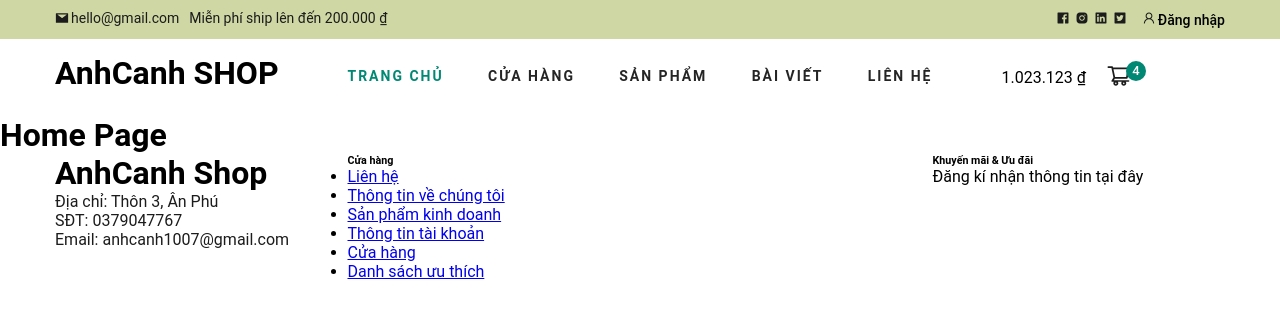
Repository: anhcanh1007/show_product
Page: /
The author's editor kept a copy of each file at every save. The page is drawn from the files as they stood at one save, then again after a run of saves.
The browser window is 1280 px wide. The pictures show the whole page.
The project was rebuilt for these pictures with package versions that can differ from the ones it lists, and the page was loaded fresh each time. Imported but missing from the stored project, and not drawn on this page: src/pages/user/profilePage.

Above is the page before, as saved 2024-01-26 14:54:49.

### src/index.js
import React from "react";
import ReactDOM from "react-dom/client";
import { BrowserRouter } from "react-router-dom";
import RouterCustom from "./router";
import "./style/style.scss";

const root = ReactDOM.createRoot(document.getElementById("root"));
root.render(
  <BrowserRouter>
    <RouterCustom />
  </BrowserRouter>
);

// If you want to start measuring performance in your app, pass a function
// to log results (for example: reportWebVitals(console.log))
// or send to an analytics endpoint. Learn more: https://bit.ly/CRA-vitals

### src/router.js
import { ROUTERS } from "./utils/router";
import HomePage from "./pages/user/homePage";
import ProfilePage from "./pages/user/profilePage";
import { Route, Routes } from "react-router-dom";
import MasterLayout from "./pages/user/theme/masterLayout";

const renderUserRouter = () => {
  const userRouters = [
    {
      path: ROUTERS.USER.HOME,
      component: <HomePage />,
    },
    {
      path: ROUTERS.USER.PROFILE,
      component: <ProfilePage />,
    },
  ];

  return (
    <MasterLayout>
      <Routes>
        {userRouters.map((item, key) => (
          <Route key={key} path={item.path} element={item.component} />
        ))}
      </Routes>
    </MasterLayout>
  );
};

const RouterCustom = () => {
  return renderUserRouter();
};

export default RouterCustom;

### src/style/style.scss
@import './pages/all';
@import './pages/responsive';

### src/utils/router.js
export const ROUTERS = {
  USER: {
    HOME: "",
    PROFILE: "thong-tin-ca-nhan",
  },
};

### src/pages/user/homePage/index.js
import { memo } from "react";

const HomePage = () => {
  return <h1>Home Page</h1>;
};

export default memo(HomePage);

### src/pages/user/theme/masterLayout/index.js
import { memo } from "react";
import Header from "../header";
import Footer from "../footer";

const MasterLayout = ({ children, ...props }) => {
  return (
    <div {...props}>
      <Header />
      {children}
      <Footer />
    </div>
  );
};

export default memo(MasterLayout);

### src/style/pages/_all.scss
@use "sass:map";
@import './theme';
@import './responsive';

html, body {
    margin: 0;
}

* {
    font-family: Roboto;
    padding: 0;
    margin: 0;
}

.container {
    max-width: 1170px;
    width: 100%;
    padding-left: 15px;
    padding-right: 15px;
    // background: map.get($theme-colors, "main");
    margin: auto;
}

.row {
    display: flex;
    flex-wrap: wrap;
}

.col-6 {
    flex: 0 0 50%;
    max-width: 50%;
}

.col-lg-3 {
    flex: 0 0 25%;
    max-width: 25%;
}

.col-lg-6 {
    flex: 0 0 50%;
    max-width: 50%;
}

@include Responsive($DESTOP) {
    .col-xl-3 {
        flex: 0 0 25%;
        max-width: 25%;
    }
    .col-xl-6 {
        flex: 0 0 50%;
        max-width: 50%;
    }
}

@include Responsive($MEDIUM_DEVICE) {
    .col-lg-3 {
        flex: 0 0 25%;
        max-width: 25%;
        background: red;
    }
}

### src/style/pages/_theme.scss
$theme-colors : (
    "main" : #008874,
    "normal_text": #1c1c1c,
    "bold_text": #252525,
)

### src/style/pages/_responsive.scss
$DESTOP: "DESTOP";
$MEDIUM_DEVICE: "MEDIUM_DEVICE";
$TABLE_DEVICE: "TABLE_DEVICE";
$WIDE_MOBILE: "WIDE_MOBILE";
$SMALL_DEVICES: "SMALL_DEVICES";

@mixin Responsive($canvas) {
    @if $canvas == $DESTOP {
        @media only screen and (min-width: 1200px){
            @content;
        }
    } @else if $canvas == $MEDIUM_DEVICE {
        @media only screen and (min-width: 992px) and (max-width: 1199px){
            @content;
        }
    } @else if $canvas == $TABLE_DEVICE {
        @media only screen and (min-width: 768px) and (max-width: 991px){
            @content;
        }
    } @else if $canvas == $WIDE_MOBILE {
        @media only screen and (max-width: 767px){
            @content;
        }
    } @else if $canvas == $MEDIUM_DEVICE {
        @media only screen and (max-width: 575px){
            @content;
        }
    }
}

### src/pages/user/theme/header/index.js
import { memo, useState } from "react";
import {
  AiFillFacebook,
  AiFillInstagram,
  AiFillLinkedin,
  AiFillMail,
  AiFillTwitterSquare,
  AiOutlineShoppingCart,
  AiOutlineUser,
} from "react-icons/ai";
import "./style.scss";
import { Link } from "react-router-dom";
import { formater } from "utils/formater";
import { ROUTERS } from "utils/router";

const Header = () => {
  const [menus, setMenus] = useState([
    {
      name: "Trang chủ",
      path: ROUTERS.USER.HOME,
    },
    {
      name: "Cửa hàng",
      path: ROUTERS.USER.HOME,
    },
    {
      name: "Sản phẩm",
      path: "",
      isShowSubmenu: false,
      child: [
        {
          name: "Thịt",
          path: "",
        },
        {
          name: "Rau củ",
          path: "",
        },
        {
          name: "Thức ăn nhanh",
          path: "",
        },
      ],
    },
    {
      name: "Bài viết",
      path: ROUTERS.USER.HOME,
    },
    {
      name: "Liên hệ",
      path: ROUTERS.USER.HOME,
    },
  ]);
  return (
    <>
      <div className="header__top">
        <div className="container">
          <div className="row">
            <div className="col-6 header__top_left">
              <ul>
                <li>
                  <AiFillMail />
                  <span>hello@gmail.com</span>
                </li>
                <li>Miễn phí ship lên đến {formater(200000)}</li>
              </ul>
            </div>
            <div className="col-6 header__top_right">
              <ul>
                <li>
                  <Link to={""}>
                    <AiFillFacebook />
                  </Link>
                </li>
                <li>
                  <Link to={""}>
                    <AiFillInstagram />
                  </Link>
                </li>
                <li>
                  <Link to={""}>
                    <AiFillLinkedin />
                  </Link>
                </li>
                <li>
                  <Link to={""}>
                    <AiFillTwitterSquare />
                  </Link>
                </li>
                <li>
                  <Link to={""}>
                    <AiOutlineUser />
                  </Link>
                  <span>Đăng nhập</span>
                </li>
              </ul>
            </div>
          </div>
        </div>
      </div>
      <div className="container">
        <div className="row">
          <div className="col-xl-3">
            <div className="header__logo">
              <h1>AnhCanh SHOP</h1>
            </div>
          </div>
          <div className="col-xl-6">
            <nav className="header__menu">
              <ul>
                {menus?.map((menu, menuKey) => (
                  <li key={menuKey} className={menuKey === 0 ? "active" : ""}>
                    <Link to={menu.path}>{menu.name}</Link>
                    {menu.child && (
                      <ul className="header__menu_dropdown">
                        {menu.child.map((childItem, childKey) => (
                          <li key={`${menuKey}-${childKey}`}>
                            <Link to={childItem.path}>{childItem.name}</Link>
                          </li>
                        ))}
                      </ul>
                    )}
                  </li>
                ))}
              </ul>
            </nav>
          </div>
          <div className="col-xl-3">
            <div className="header__cart">
              <div className="header__cart_price">
                <span>{formater(1023123)}</span>
              </div>
              <ul>
                <li>
                  <Link to="#">
                    <AiOutlineShoppingCart /> <span>4</span>
                  </Link>
                </li>
              </ul>
            </div>
          </div>
        </div>
      </div>
    </>
  );
};

export default memo(Header);

### src/pages/user/theme/footer/index.js
import { memo } from "react";
import "./style.scss";
import { Link } from "react-router-dom";

const Footer = () => {
  return (
    <>
      <footer className="footer">
        <div className="container">
          <div className="row">
            <div className="col-lg-3">
              <div className="footer__about">
                <h1 className="footer__about_logo">AnhCanh Shop</h1>
                <ul>
                  <li>Địa chỉ: Thôn 3, Ân Phú</li>
                  <li>SĐT: 0379047767</li>
                  <li>Email: anhcanh1007@gmail.com</li>
                </ul>
              </div>
            </div>
            <div className="col-lg-6">
              <div className="footer__widget">
                <h6>Cửa hàng</h6>
                <ul>
                  <li>
                    <Link to="">Liên hệ</Link>
                  </li>
                  <li>
                    <Link to="">Thông tin về chúng tôi</Link>
                  </li>
                  <li>
                    <Link to="">Sản phẩm kinh doanh</Link>
                  </li>
                </ul>
                <ul>
                  <li>
                    <Link to="">Thông tin tài khoản</Link>
                  </li>
                  <li>
                    <Link to="">Cửa hàng</Link>
                  </li>
                  <li>
                    <Link to="">Danh sách ưu thích</Link>
                  </li>
                </ul>
              </div>
            </div>
            <div className="col-lg-3">
              <div className="footer__widget">
                <h6>Khuyến mãi & Ưu đãi</h6>
                <p>Đăng kí nhận thông tin tại đây</p>
                <form action="#">
                  <div></div>
                </form>
              </div>
            </div>
          </div>
        </div>
      </footer>
    </>
  );
};

export default memo(Footer);

### src/pages/user/theme/header/style.scss
@use "sass:map";
@import 'style/pages/_theme.scss';
.header__top{
    background-color: #CFD7A4;
}

.header__top_left {
    padding: 10px 0 10px;
    ul {
        display: flex;
        align-items: center;
        column-gap: 10px;
        list-style: none;

        li{
            font-size: 14px;
            color: map.get($theme-colors, "normal_text");
            display: flex;
            align-items: center;
            column-gap: 2px;
        }
    }
}

.header__top_right {
    display: flex;
    justify-content: flex-end;
    padding: 10px 0 10px;
    align-items: center;

    ul {
        display: flex;
        column-gap: 5px;
        list-style: none;

        li:last-child{
            margin-left: 10px;

            span {
                font-size: 14px;
                margin-left: 2px;
                font-weight: 500;
            }
        }

        a {
            font-size: 14px;
            display: inline-block;
            color: map.get($theme-colors, "normal_text");
        }
    }
}

.header__logo {
    padding: 15px 0;
}

.header__menu {
    padding: 24px 0;

    ul {
        display: flex;
        justify-content: space-between;

        li {
            list-style: none;

            a {
                text-decoration: none;
                font-size: 14px;
                color: map.get($theme-colors, 'bold_text');
                font-weight: bold;
                text-transform: uppercase;
                letter-spacing: 2px;
                transition: all 0.3s;
                padding: 5px 0;
                display: block;
            }
        }

        li:hover .header__menu_dropdown {
            opacity: 1;
            visibility: visible;
        }

        .active a{
            color: map.get($theme-colors, 'main');
        }

        .header__menu_dropdown {
            background-color: #222222;
            display: block;
            position: absolute;
            width: 180px;
            z-index: 9;
            padding: 5px 0;
            transition: all, 0.3s;
            opacity: 0;
            visibility: hidden;

            a{
                text-transform: capitalize;
                color: #ffffff;
                font-weight: 400;
                padding: 5px 15px;
            }

            :hover {
                color: map.get($theme-colors, 'main');
            }
        }
    }
}

.header__cart {
    display: flex;
    justify-content: center;
    align-items: center;
    padding: 24px 0;

    ul {
        display: flex;
        margin-right: 25px;

        li {
            list-style: none;
            position: relative;
            margin-left: 20px;

            svg {
                font-size: 25px;
                color: map.get($theme-colors, "normal_text");
            }

            span {
                color: white;
                background-color: map.get($theme-colors, "main");
                position: absolute;
                height: 20px;
                width: 20px;
                border-radius: 40px;
                display: inline-block;
                text-align: center;
                line-height: 20px;
                font-size: 13px;
                font-weight: 500;
                left: 20px;
                top: -2px;
            }
        }
    }

}

### src/utils/formater.js
export const formater = (number) => {
  return new Intl.NumberFormat("vi-VN", {
    style: "currency",
    currency: "VND",
  }).format(number);
};

### src/pages/user/theme/footer/style.scss
@use "sass:map";
@import 'style/pages/_theme.scss';

.footer {
    .footer__about {


        .footer__about_logo {

        }

        ul {

            li {
                list-style: none;
                color: map.get($theme-colors, 'normal_text');
            }
        }
    }
}

Loaded but not shown: public/index.html (common file)

After the next 4 saves:
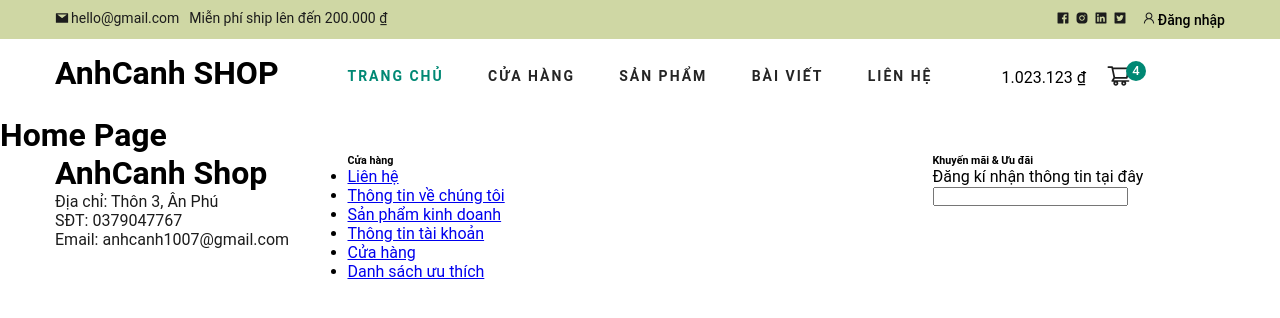
The 4 saves are shown as one change because they came seconds apart.
The last was saved 11 s later.
--- a/src/pages/user/theme/footer/index.js
+++ b/src/pages/user/theme/footer/index.js
@@ -50,7 +50,9 @@ const Footer = () => {
                 <h6>Khuyến mãi & Ưu đãi</h6>
                 <p>Đăng kí nhận thông tin tại đây</p>
                 <form action="#">
-                  <div></div>
+                  <div>
+                    <input placeholder=""/>
+                  </div>
                 </form>
               </div>
             </div>
